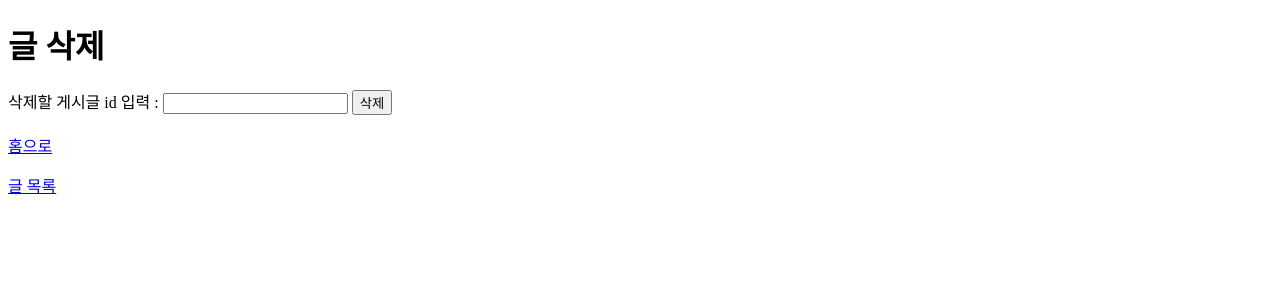
Repository: catapracts/PP
Page: http://localhost/PROJ/test/deleteBoard1.jsp
These files come from the project's save history. The page is drawn as it stood at one moment and after the next save; the edit follows.
The browser window is 1280 px wide. The pictures show the whole page.
The page is served by Tomcat 10. Other server files are loaded and not shown.

Above is the page before, as saved 2024-01-21 04:48:22.

### PROJ/src/main/webapp/test/deleteBoard1.jsp
<%@ page language="java" contentType="text/html; charset=UTF-8" pageEncoding="UTF-8"%>
<!DOCTYPE html>
<html>
<head>
<meta charset="UTF-8">
<title>글 삭제</title>
</head>



<body>





<h1>글 삭제</h1>
<form method = "post" action ="deleteBoard.board1">
<tr> <td> 삭제할 게시글 id 입력 :  </td>
<td> <input type = "text" name = "id"> </td>

<tr> <td colspan ="2" align = "center">
<input type="submit" value="삭제"> </td>
</tr>
</form>

<br> <a href="http://localhost:8081/test/index.jsp"> 홈으로 </a>
<p /> <a href= "getBoardList1.jsp"> 글 목록 </a>










</body>
</html>

After the next save:
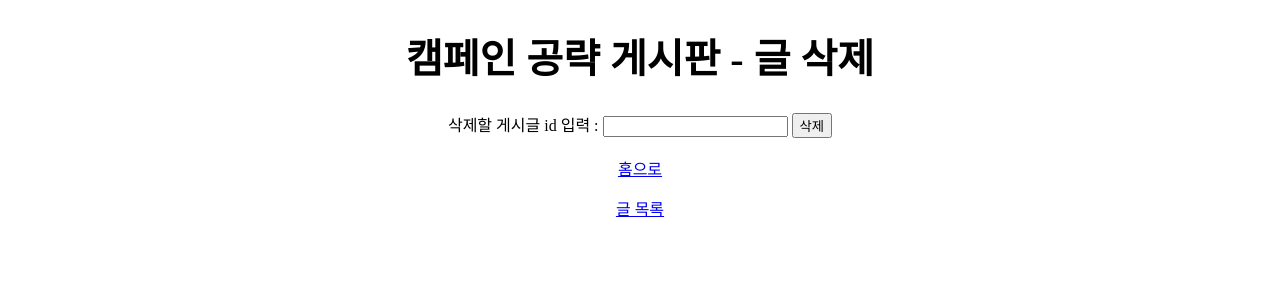
Saved 43 s later.
--- a/PROJ/src/main/webapp/test/deleteBoard1.jsp
+++ b/PROJ/src/main/webapp/test/deleteBoard1.jsp
@@ -14,7 +14,9 @@
 
 
 
-<h1>글 삭제</h1>
+<main>
+<center><h1 style="font-size:40px">캠페인 공략 게시판 - 글 삭제</h1></center>
+<center>
 <form method = "post" action ="deleteBoard.board1">
 <tr> <td> 삭제할 게시글 id 입력 :  </td>
 <td> <input type = "text" name = "id"> </td>
@@ -26,7 +28,8 @@
 
 <br> <a href="http://localhost:8081/test/index.jsp"> 홈으로 </a>
 <p /> <a href= "getBoardList1.jsp"> 글 목록 </a>
-
+</center>
+</main>
 
 
 
